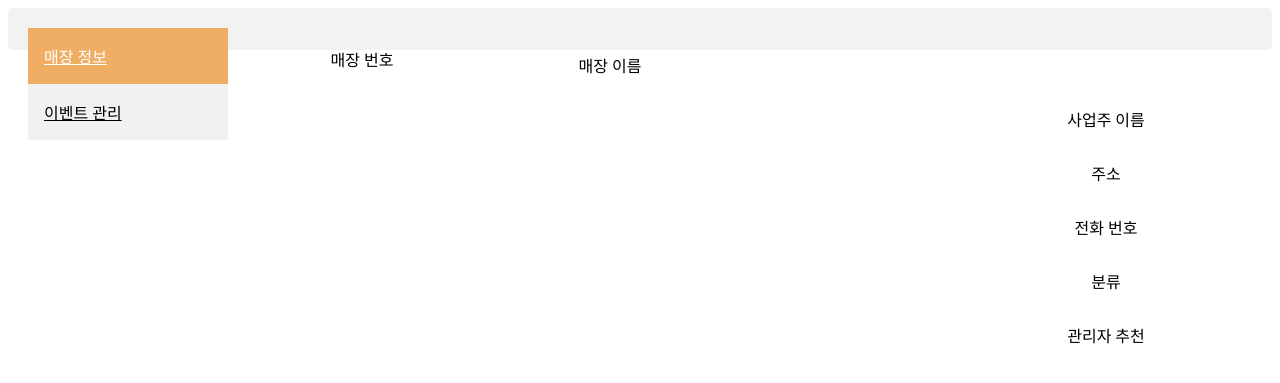
Repository: kdw0937/UdongProject
Page: http://localhost/matjib2/jsp/manager_store.jsp
These files come from the project's save history. The page is drawn as it stood at one moment and after the next save; the edit follows.
The browser window is 1280 px wide. The pictures show the whole page.
The page is served by Tomcat 9. Other server files are loaded and not shown. The template is opened directly, without the code that normally fills it, so the values that code supplies are empty.

Above is the page before, as saved 2021-01-21 16:58:32.

### matjib2/src/main/webapp/jsp/manager_store.jsp
<%@ page language="java" contentType="text/html; charset=UTF-8"
    pageEncoding="UTF-8"%>
<%@ taglib uri="http://java.sun.com/jsp/jstl/core" prefix="c" %>
<!DOCTYPE html>
<html>
<head>
<meta name="viewport" content="width=device-width, initial-scale=1">
<link rel="stylesheet" type="text/css"
	href="${pageContext.request.contextPath}/css/mypage_pw.css">
<!-- <script src="https://code.jquery.com/jquery-3.4.1.min.js"></script> -->

<meta charset="EUC-KR">
<title>Store_Management</title>
<script type="text/javascript" src="resources/js/jquery-3.5.1.min.js"
	charset="utf-8"></script>
</head>
<body>
<div class="store_container">
		<div class="sidebar">
           <a class="active"  href="../manager/managerstore.html">매장 정보</a>
           <a href="#">이벤트 관리</a>
        </div>



       <div class="content">
       <c:forEach var="wor" items="${STORE }">
        			<tr>
        				<td>${wor.store_no }</td>
        				<td><a href = "../manager/storeview.html?NO=${wor.store_no }">${wor.store_name }</a></td>
        				<td>${wor.store_ceo }</td>
        				<td>${wor.store_addr }</td>
						<td>${wor.store_tel }</td>
						<td>${wor.store_category }</td>
						<td>${wor.admin_star }</td>
        			</tr>
        		</c:forEach>
         <div class="row">
			<div class="col-25">
				<label >매장 번호</label>
			</div>
			<div class="col-75">

			</div>
		 </div>

		  <div class="row">
			<div class="col-25">
				<label >매장 이름</label>
			</div>
			<div class="col-75">

			</div>
		 </div>

		  <div class="row">
			<div class="col-25">
				<label >사업주 이름</label>
			</div>
			<div class="col-75">

			</div>
		 </div>

		  <div class="row">
			<div class="col-25">
				<label >주소</label>
			</div>
			<div class="col-75">

			</div>
		 </div>

		  <div class="row">
			<div class="col-25">
				<label >전화 번호</label>
			</div>
			<div class="col-75">

			</div>
		 </div>

		  <div class="row">
			<div class="col-25">
				<label >분류</label>
			</div>
			<div class="col-75">

			</div>
		 </div>

		  <div class="row">
			<div class="col-25">
				<label >관리자 추천</label>
			</div>
			<div class="col-75">

			</div>
		 </div>

        	<table class = "store_di">
        		<c:forEach var="wor" items="${STORE }">
        			<tr>
        				<td>${wor.store_no }</td>
        				<td><a href = "../manager/storeview.html?NO=${wor.store_no }">${wor.store_name }</a></td>
        				<td>${wor.store_ceo }</td>
        				<td>${wor.store_addr }</td>
						<td>${wor.store_tel }</td>
						<td>${wor.store_category }</td>
						<td>${wor.admin_star }</td>
        			</tr>
        		</c:forEach>
        	</table>
        </div>
      <!--    <form id="fileForm" method="post" enctype="multipart/form-data">
            <input type="file" name="file" multiple/>
         </form> -->
   </div>
</body>
</html>

### matjib2/src/main/webapp/css/mypage_pw.css
@charset "EUC-KR";


* {
  box-sizing: border-box;
}

/* <!-- 파일 업로드 --> */

	 .input_wrap input[type=file] {
            display: none;
        }

        .my_button {
            display: inline-block;
            width: 200px;
            text-align: center;
            padding: 10px;
            background-color: #006BCC;
            color: #fff;
            text-decoration: none;
            border-radius: 5px;
        }
        .imgs_wrap {

            margin-top: 30px;
            margin-bottom: 30px;
            padding-top: 10px;
            padding-bottom: 10px;

        }

        .imgs_wrap img {
        	width:150px;
        	height:150px;
            max-width: 150px;
            margin-left: 10px;
            margin-right: 10px;
        }

        .imgs_wrap2{
        	margin-top: 30px;
            margin-bottom: 30px;
            padding-top: 10px;
            padding-bottom: 10px;
        }

        .imgs_wrap2 img{
 	        width:150px;
        	height:150px;
            max-width: 150px;
            margin-left: 10px;
            margin-right: 10px;
        }


input[type=text], select, textarea {
  width: 50%;
  padding: 12px 20px;
  margin: 8px 0;
  display: inline-block;
  border: 1px solid #ccc;
  box-sizing: border-box;
}

input[type=button], select, textarea {
	padding:0 32px;
	line-height: 40px;
	border:1px solid #f0ad64;
	border-radius: 2px;
	color:#f0ad64;
	letter-spacing:0.1em;
	font-weight:bold;
	text-transform:uppercase;
	display:inline-block;
	text-decoration:none;
	font-style:normal;
	background:none;
	transition:0.4s;
}
input[type=password], select, textarea {
  width: 25%;
  padding: 12px 20px;
  margin: 8px 0;
  display: inline-block;
  border: 1px solid #ccc;
  box-sizing: border-box;
}
.sidebar {
  margin: 0;
  padding: 0;
  width: 200px;
  background-color: #f1f1f1;
  height: 100%;
  overflow: auto;
  float:left;
}

.sidebar a {
  display: block;
  color: black;
  padding: 16px;
  /* text-decoration: none; */
}

.sidebar a {
   /* float: left; */
}

.sidebar a.active {
  background-color: #f0ad64;
  color: white;
}

.sidebar a:hover:not(.active) {
  background-color: #555;
  color: white;
}

div.content {
  margin-left: 200px;
  padding: 1px 16px;
  /* height: 1000px; */
}
div.secession_content{
	margin-left :200px;
	padding: 1px 16px;
	height:100px;
}

@media screen and (max-width: 700px) {
  .sidebar {
    width: 100%;
    height: auto;
    position: relative;
  }
  .sidebar a {float: left;}
  div.content {margin-left: 0;}
  div.secession_content{margin-left: 0;}
}

@media screen and (max-width: 400px) {
  .sidebar a {
    text-align: center;
    float: none;
  }
}
label {
  padding: 12px 12px 12px 0;
  display: inline-block;
}

.store_bottom{
   text-align:center;
}

.store_bottom input[type=submit] {
  color: white;

  margin: 8px 0;
  border:1px solid #f0ad64;
  color:#f0ad64;
  font-weight:bold;
  cursor: pointer;
  width: 40%;
}

.store_bottom input[type=submit]:hover {
  opacity: 0.8;
  background:#f0ad64;
  color:#fff;
}

.store_container {
  border-radius: 5px;
  background-color: #f2f2f2;
  padding: 20px;
}

.col-25 {
  float: left;
  width: 25%;
  margin-top: 6px;
  text-align:center;
}

.col-75 {
  float: left;
  width: 75%;
  margin-top: 6px;
}

/* Clear floats after the columns */
.row:after {
  content: "";
  display: table;
  /* clear: both; */
}

/* Responsive layout - when the screen is less than 600px wide, make the two columns stack on top of each other instead of next to each other */
@media screen and (max-width: 600px) {
  .col-25, .col-75, input[type=submit] {
    width: 100%;
    margin-top: 0;
  }
}

Loaded but not shown: matjib2/src/main/webapp/js/jquery-3.5.1.min.js (library)

After the next save:
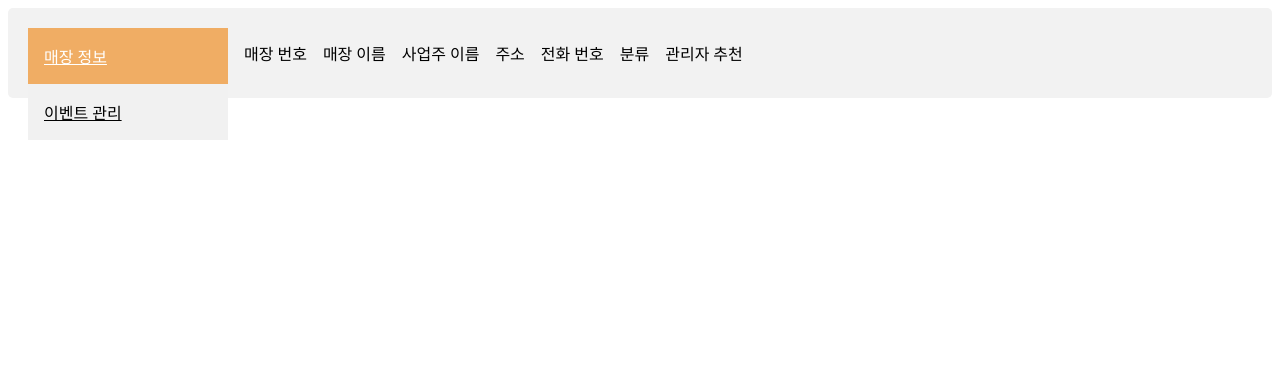
Saved 58 s later.
--- a/matjib2/src/main/webapp/jsp/manager_store.jsp
+++ b/matjib2/src/main/webapp/jsp/manager_store.jsp
@@ -35,68 +35,18 @@
 						<td>${wor.admin_star }</td>
         			</tr>
         		</c:forEach>
-         <div class="row">
-			<div class="col-25">
+
+
 				<label >매장 번호</label>
-			</div>
-			<div class="col-75">
+				<label >매장 이름</label>
+				<label >사업주 이름</label>
+				<label >주소</label>
+				<label >전화 번호</label>
+				<label >분류</label>
+				<label >관리자 추천</label>
 
-			</div>
-		 </div>
 
-		  <div class="row">
-			<div class="col-25">
-				<label >매장 이름</label>
-			</div>
-			<div class="col-75">
 
-			</div>
-		 </div>
-
-		  <div class="row">
-			<div class="col-25">
-				<label >사업주 이름</label>
-			</div>
-			<div class="col-75">
-
-			</div>
-		 </div>
-
-		  <div class="row">
-			<div class="col-25">
-				<label >주소</label>
-			</div>
-			<div class="col-75">
-
-			</div>
-		 </div>
-
-		  <div class="row">
-			<div class="col-25">
-				<label >전화 번호</label>
-			</div>
-			<div class="col-75">
-
-			</div>
-		 </div>
-
-		  <div class="row">
-			<div class="col-25">
-				<label >분류</label>
-			</div>
-			<div class="col-75">
-
-			</div>
-		 </div>
-
-		  <div class="row">
-			<div class="col-25">
-				<label >관리자 추천</label>
-			</div>
-			<div class="col-75">
-
-			</div>
-		 </div>
 
         	<table class = "store_di">
         		<c:forEach var="wor" items="${STORE }">
